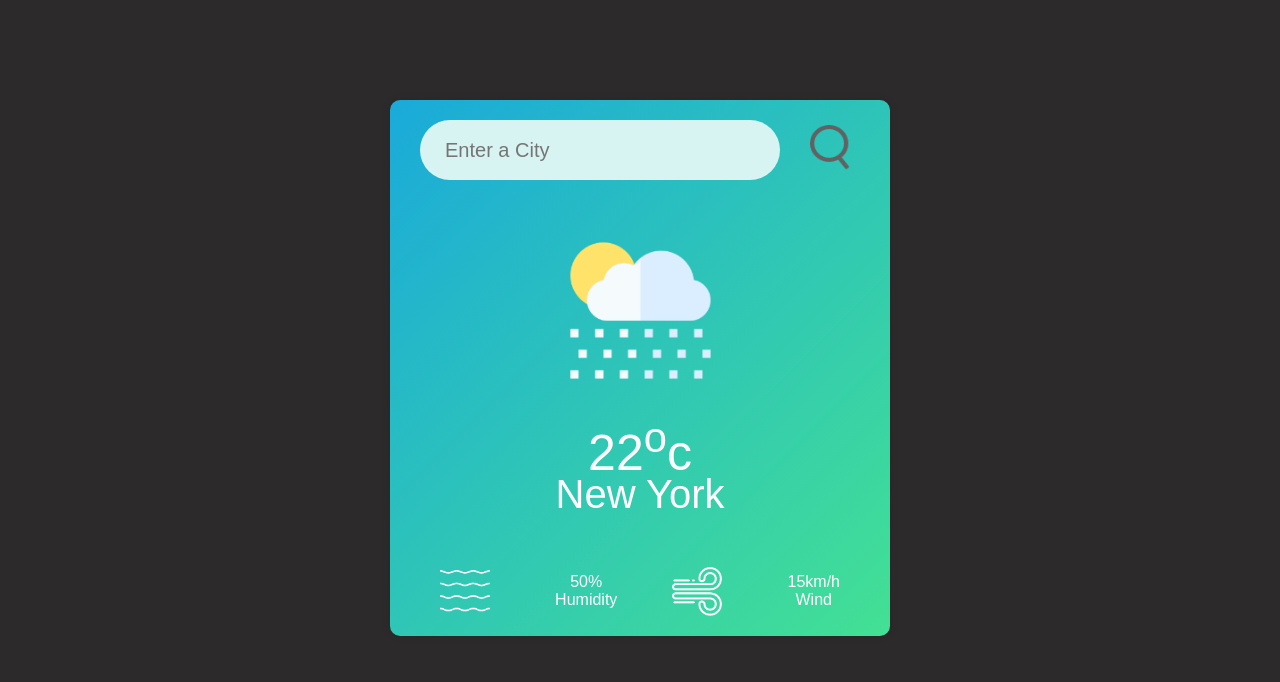
Repository: Haakim19/weatherApp
Page: index.html
These files come from the project's save history. The page is drawn as it stood at one moment and after the next save; the edit follows.
The browser window is 1280 px wide. The pictures show the whole page.

Above is the page before, as saved 2024-11-16 21:45:58.

### index.html
<!DOCTYPE html>
<html lang="en">
<head>
    <meta charset="UTF-8">
    <meta name="viewport" content="width=device-width, initial-scale=1.0">
    <title>Weather App</title>
    <link rel="stylesheet" href="style.css">
</head>
<body>
    <div class="card">
        <div class="search">
            <input type="text" placeholder="Enter a City" spellcheck="false">
            <button><img src="images/search.png"></button>
        </div>
        <div class="weather">
            <img src="images/rain.png" class="weather-icon">
            <h1 class="temp">22<sup>o</sup>c</h1>
            <h2 class="city">New York</h2>
        </div>
        <div class="details">
            <div class="col">
                <img src="images/humidity.png">
            </div>
            <div>
                <p class="humidity">50%</p>
                <p>Humidity</p>
            </div>

            <div class="col">
                <img src="images/wind.png">
            </div>
            <div>
                <p class="wind">15km/h</p>
                <p>Wind</p>
            </div>

        </div>
    </div>
</body>
</html>

### style.css
*{
    margin: 0;
    padding: 0;
    box-sizing: border-box;
    font-family: 'Poppins', sans-serif;
}

body{
    background: #2c2a2a;
}
.card{
    width: 90%;
    max-width: 500px;
    color: #fff;
    background:linear-gradient(135deg, #1aaada 0%, #43e094 100%);
    margin: 100px auto 0 ;
    border-radius: 10px;
    padding: 20px 30px;
    text-align: center;
    box-shadow: 0 0 10px rgba(0,0,0,0.1);
}
.search{
    width: 100%;
    display: flex;
    justify-content: space-between;
    align-items: center;
}
.search input{
    border:0;
    outline:0;
    background: #d8f4f2;
    padding: 10px 25px;
    border-radius: 40px;
    flex: 1;
    margin-right: 20px;
    font-size: 20px;
    height: 60px;
}
.search button{
    border:0;
    outline:0;
    background:none;
    /* padding: 10px 20px; */
    border-radius: 50%;
    font-size: 20px;
    cursor: pointer;
    height: 60px;
    width: 60px;
}
.search button img{
    width: 40px;
    height: 45px;

}
.weather-icon{
    width:200px;
    margin-top: 30px;
}
.weather h1{
    font-size: 50px;
    font-weight: 500;
}
.weather h2{
    font-size: 40px;
    font-weight: 500;
    margin-top: -10px;
}
.details {
    display: flex;
    align-items: center;
    justify-content: space-between;
    padding: 0 20px;
    margin-top: 50px;
}
.col{
    display: flex;
    align-items: center;
    text-align: left;
}

.col img {
    width: 50px;
    margin-right: 10px;

}

After the next save:
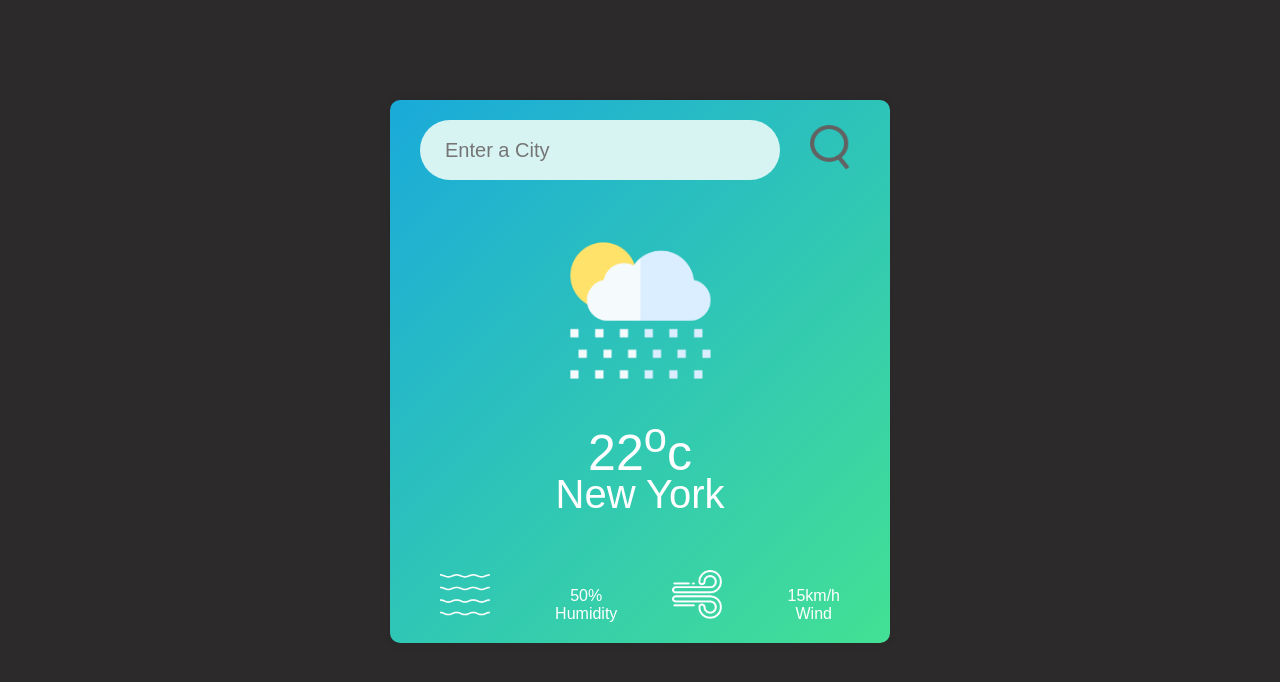
Saved 78 s later.
--- a/style.css
+++ b/style.css
@@ -81,5 +81,7 @@ body{
 .col img {
     width: 50px;
     margin-right: 10px;
-
 }
+.humidity,.wind{
+    margin-top: 20px;
+}
